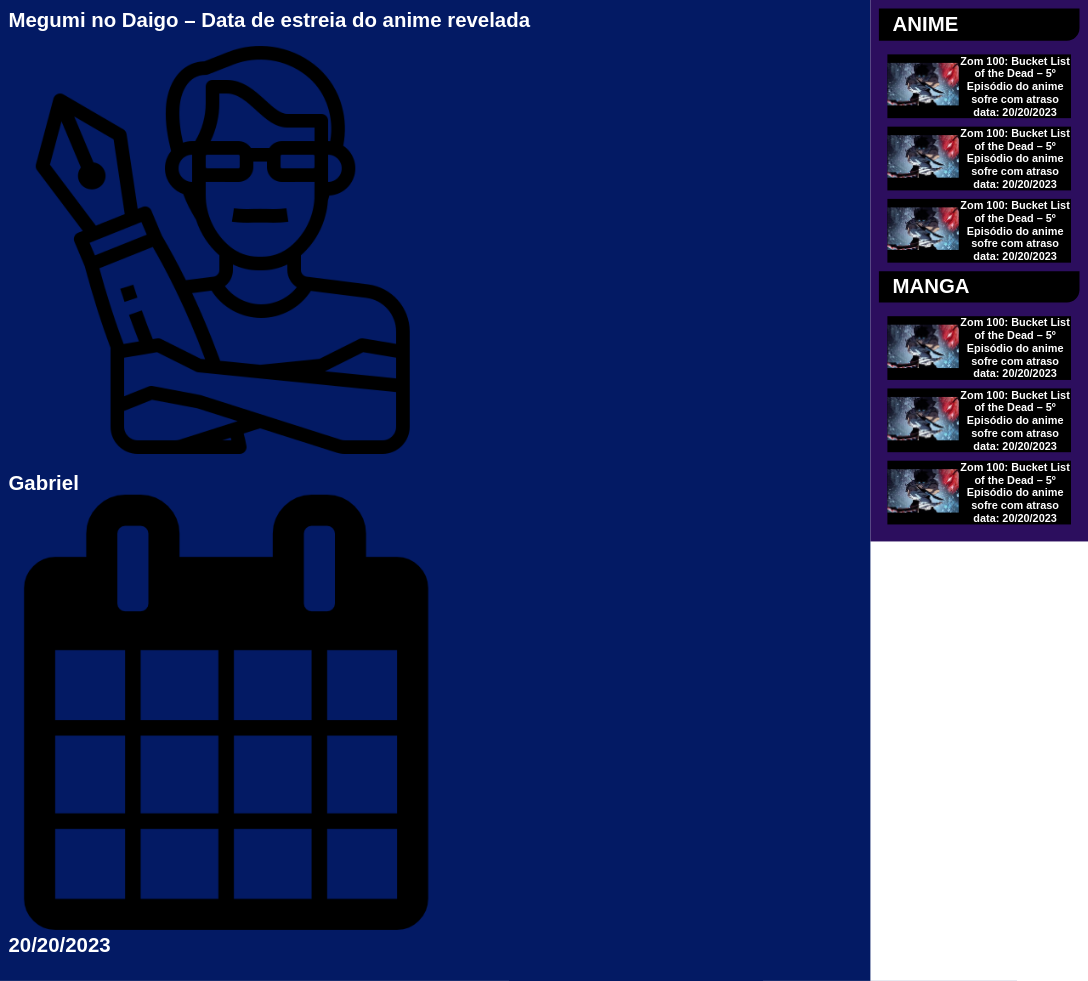
Repository: GabriellShi/blog-anime
Page: a-noticia.html
The author's editor kept a copy of each file at every save. The page is drawn from the files as they stood at one save, then again after a run of saves.
The browser window is 1280 px wide. The pictures show the whole page, at 85% of full size.

Above is the page before, as saved 2023-08-03 22:58:36.

### a-noticia.html
<!DOCTYPE html>
<html lang="en">
<head>
    <meta charset="UTF-8">
    <meta name="viewport" content="width=device-width, initial-scale=1.0">
    <link rel="stylesheet" href="/styles.css">
    <title>Noticia</title>
</head>
<body>
    <section class="lado-esquerdo-pai">
        <div><h1>Megumi no Daigo – Data de estreia do anime revelada</h1></div>

        <div>
            <div>
                <img src="/img/autor.png" alt="">
                <h2>Gabriel</h2>
            </div>
            <div>
                <img src="/img/data.png" alt="">
                <h2>20/20/2023</h2>
            </div>
        </div>

        <div> <img src="" alt=""> </div>
    </section>
    <section class="lado-direito-pai">
        <h1 class="titulo-destaque-index">ANIME</h1>

        <ul>
            <li class="lado-esquerdo-neto1 lado-direito-neto1">
                <div>
                    <img src="/img/solo.jpeg" alt="Capa Notica">
                </div>
                <div>
                    <h1>Zom 100: Bucket List of the Dead – 5º Episódio do anime sofre com atraso</h1>
                    <h3>data: 20/20/2023</h3>
                </div>

            </li>
        </ul>

        <ul>
            <li class="lado-esquerdo-neto1 lado-direito-neto1">
                <div>
                    <img src="/img/solo.jpeg" alt="Capa Notica">
                </div>
                <div>
                    <h1>Zom 100: Bucket List of the Dead – 5º Episódio do anime sofre com atraso</h1>
                    <h3>data: 20/20/2023</h3>
                </div>

            </li>
        </ul>

        <ul>
            <li class="lado-esquerdo-neto1 lado-direito-neto1">
                <div>
                    <img src="/img/solo.jpeg" alt="Capa Notica">
                </div>
                <div>
                    <h1>Zom 100: Bucket List of the Dead – 5º Episódio do anime sofre com atraso</h1>
                    <h3>data: 20/20/2023</h3>
                </div>

            </li>
        </ul>

        <h1 class="titulo-destaque-index">MANGA</h1>

        <ul>
            <li class="lado-esquerdo-neto1 lado-direito-neto1">
                <div>
                    <img src="/img/solo.jpeg" alt="Capa Notica">
                </div>
                <div>
                    <h1>Zom 100: Bucket List of the Dead – 5º Episódio do anime sofre com atraso</h1>
                    <h3>data: 20/20/2023</h3>
                </div>

            </li>
        </ul>

        <ul>
            <li class="lado-esquerdo-neto1 lado-direito-neto1">
                <div>
                    <img src="/img/solo.jpeg" alt="Capa Notica">
                </div>
                <div>
                    <h1>Zom 100: Bucket List of the Dead – 5º Episódio do anime sofre com atraso</h1>
                    <h3>data: 20/20/2023</h3>
                </div>

            </li>
        </ul>

        <ul>
            <li class="lado-esquerdo-neto1 lado-direito-neto1">
                <div>
                    <img src="/img/solo.jpeg" alt="Capa Notica">
                </div>
                <div>
                    <h1>Zom 100: Bucket List of the Dead – 5º Episódio do anime sofre com atraso</h1>
                    <h3>data: 20/20/2023</h3>
                </div>

            </li>
        </ul>

    </section>
</body>
</html>

### styles.css
/*defini os estilos gerais da página, como fundo e cores de texto */

* {
    list-style: none;
    margin: 0;
    padding: 0;
    font-family: Arial, sans-serif;
    box-sizing: border-box;
}

/* ------------**Estilização da pagina Index**---------- */


  /* ----**Estilização lado esquerdo da pagina */

  /* define os estilos das seções pai */
  .lado-esquerdo-pai,
  .lado-direito-pai {
    box-sizing: border-box;
    padding: 10px;
    color:  white;
    background-color: aqua;

    /* ajusta a altura para ocupar toda a altura da janela */
  }

  /* defini os estilos do lado esquerdo */
  .lado-esquerdo-pai {
    float: left;
    width: 80%;
    background-color: #031a64;
  }

  /* defini os estilos do lado direito */
  .lado-direito-pai {
    float: left;
    width: 20%;
    background-color: #2c0e5e;
  }

  /* Limpar floats após as seções */
  .clearfix::after {
    content: "";
    display: table;
    clear: both;
  }

  /* estilizando os titulos das divs maiores. Definindo margens, padding e cor de fundo */
.titulo-destaque-index {
  background-color: black;
  border-radius: 0px 0px 15px 0px;
  padding: 0.3rem;
  padding-left: 1rem;
  margin-bottom: 1rem;
}

  /* estiliza a lista para ficar resposivo e um ao lado do outro com display flex  */
  .lado-esquerdo-filho1 {
    display: flex;
    flex-wrap: wrap;
    justify-content: center;
    margin-bottom: 2rem;
  }

/*   Estiliza as listas netos a terem uma largura fixam margin e a coloração do fundo */
  .lado-esquerdo-neto1 {
    background-color: black;
    flex: 1;
    min-width: 10rem; /* Defina a largura mínima que deseja para cada div item */
    max-width: 50rem;
    margin: 10px;
    text-align: center;
  }

  /* Definindo o tamanho da fonte do titulo h1 do neto do lado esquerdo  */
  .lado-esquerdo-neto1 h1 {
    font-size: 1rem;
  }

    /* Definindo o tamanho da fonte do titulo h1 do neto do lado esquerdo  */
    .lado-esquerdo-neto1 p {
      font-size: 0.8rem;
    }

  /* estiliza o lado esquerdo filho 2 com fundo, remoção da lista e com display flex */
  .lado-esquerdo-filho2 {
    display: flex;
    background-color: gray;
  }

/*   estiliza o lado esquerdo neto 2 com uma padding interno na lateral esquerda  */
  .lado-esquerdo-neto2 {
    padding-left: 1rem;
  }


  /* ----**Estilização lado direito da pagina */

.lado-direito-neto1 {
  display: flex;
  align-items: center;
}

.lado-direito-neto1 img {
  width: 100%;

}

.lado-direito-neto1 h1, h3 {
  font-size: 0.8rem;
}








/* -------------** Resposividade para Mobile e tablet ** ---------------- */

  /* Responsividade da pagina para aparelhos abaixo de 826 pixels */
  @media (max-width: 826px) {

    /* retirando o display flex da div e centralizando o texto e imagem */
    .lado-esquerdo-filho2 {
      display: grid;
      text-align: center;
    }

    /* tirando a coluna do lado direito da pagina */
    .lado-direito-pai {
      display: none;
    }

    /* deixando a coluna do lado esquerdo da pagina com 100% do espaço */
    .lado-esquerdo-pai{
      width: 100%;
    }
  }

After the next 3 saves:
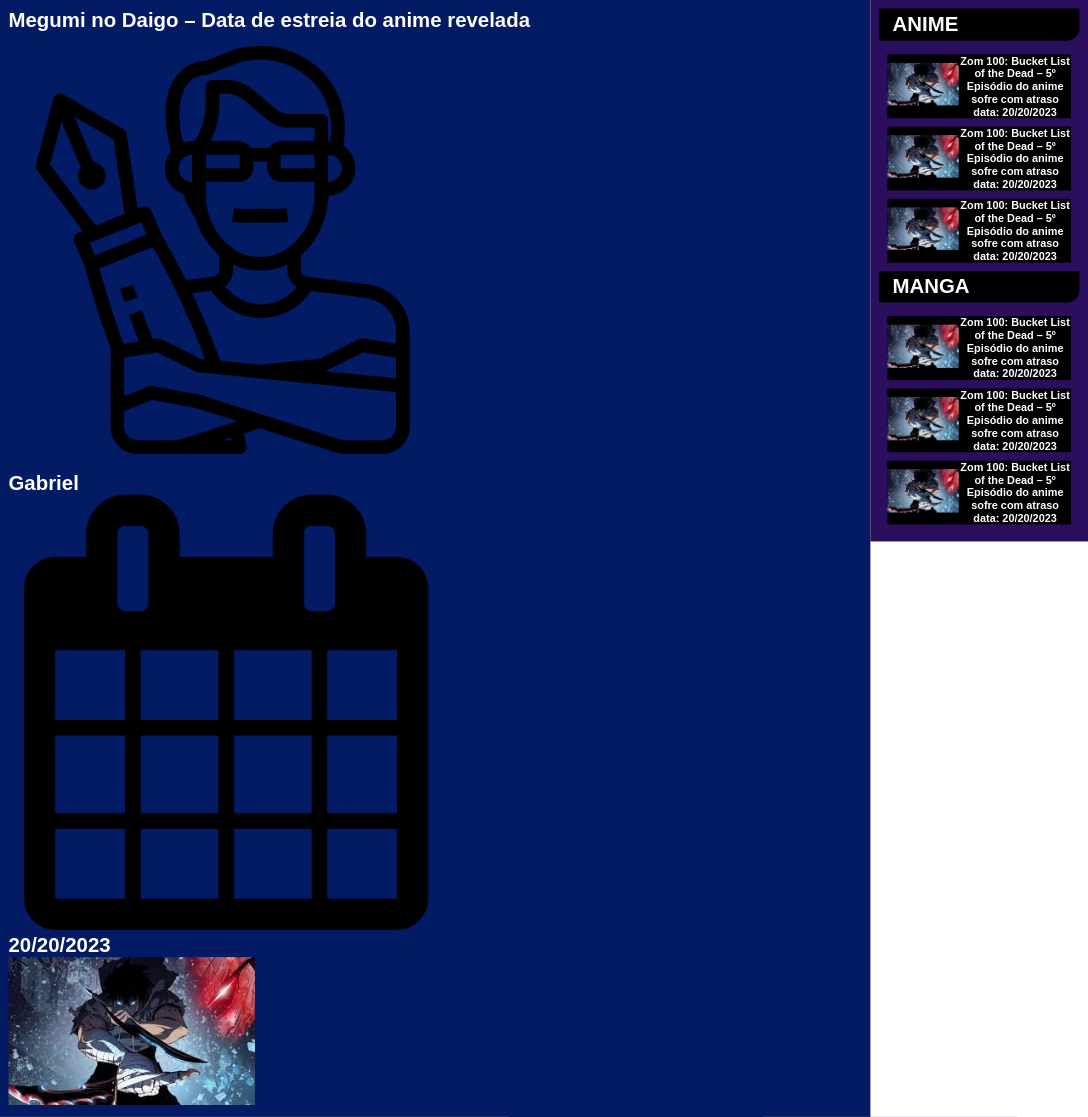
The 3 saves are shown as one change because they came seconds apart.
The last was saved 42 s later.
--- a/a-noticia.html
+++ b/a-noticia.html
@@ -21,7 +21,7 @@
             </div>
         </div>
 
-        <div> <img src="" alt=""> </div>
+        <div> <img src="/img/solo.jpeg" alt=""> </div>
     </section>
     <section class="lado-direito-pai">
         <h1 class="titulo-destaque-index">ANIME</h1>
